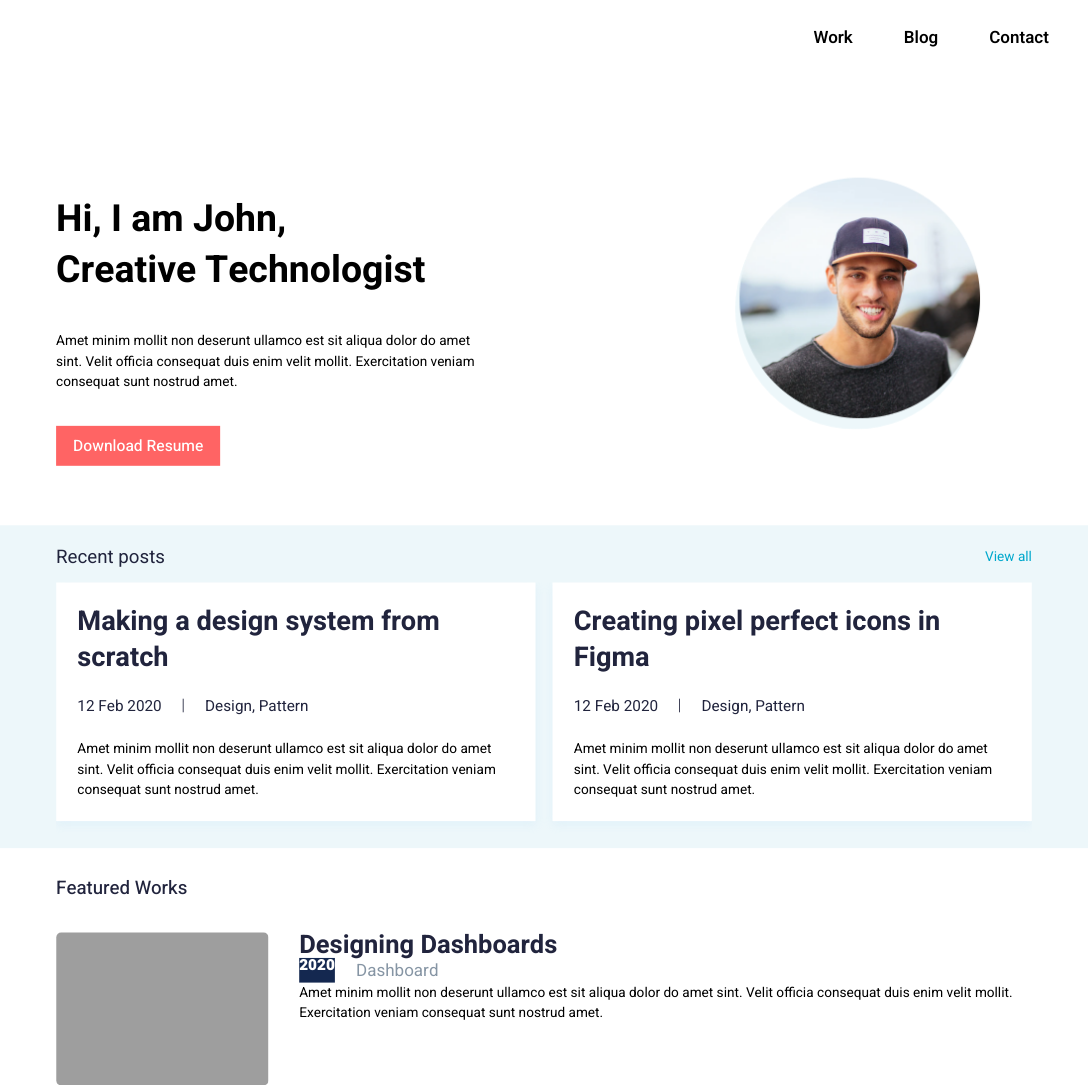
Repository: sharma171/portfolio
Page: /
The author's editor kept a copy of each file at every save. The page is drawn from the files as they stood at one save, then again after the next save.
The browser window is 1280 px wide. The pictures show the whole page, at 85% of full size.
Pictures or frames that could not be fetched are drawn as grey boxes. The project was rebuilt for these pictures with package versions that can differ from the ones it lists, and the page was loaded fresh each time. The framework's server and built-in components were replaced by stand-ins that run in the browser. Also part of the build but not shown: next.config.mjs.

Above is the page before, as saved 2024-06-02 00:00:55.

### src/app/layout.js

import "./globals.css";


export const metadata = {
  title: "Portfolio Website",
  description: "Blogging and projects site",
};

export default function RootLayout({ children }) {
  return (
    <html lang="en">
      <body>{children}</body>
    </html>
  );
}

### src/app/page.js
import "./page.css";
import Header from "../components/Header";
import Hero from "../components/Hero";
import HomeBlog from "../components/HomeBlog";
import Featured from "../components/Featuredworks";

export default function Home() {
  return (
    <main className="main">
      <Header />
      <Hero />
      <HomeBlog />
      <section className="featured-home">
        <div className="container">
          <div className="top-heading">
            <h3 className="head">
              Featured Works
            </h3>
          </div>
            <Featured/>
        </div>
      </section>
    </main>
  );
}

### src/app/globals.css
@import url('https://fonts.googleapis.com/css2?family=Heebo:wght@100..900&display=swap');

:root {
  --max-width: 1180px;
  --border-radius: 12px;
  --font-mono: ui-monospace, Menlo, Monaco, "Cascadia Mono", "Segoe UI Mono",
    "Roboto Mono", "Oxygen Mono", "Ubuntu Monospace", "Source Code Pro",
    "Fira Mono", "Droid Sans Mono", "Courier New", monospace;
  --main-font: "Heebo", sans-serif;
  --weight--300: 300;
  --weight--400: 400;
  --weight--500: 500;
  --weight--600: 600;
  --weight--700: 700;
  --weight--800: 800;
  --weight--900: 900;
  --hero-button: #FF6464;
  --text-color: #21243D;
}

* {
  box-sizing: border-box;
  padding: 0;
  margin: 0;
}

html,
body {
  max-width: 100vw;
  overflow-x: hidden;
  font-family: var(--main-font);
}

a {
  color: inherit;
  text-decoration: none;
}
.container {
  max-width: var(--max-width);
  margin: 0 auto;
  padding: 0 1rem;
}
header {
  background: #fff;
}
header .header-logo {
  width: 1rem;
  height: auto;
}
.nav {
  display: flex;
  flex-direction: row;
  justify-content:space-between;
  max-width: 1280px;
  margin: 0 auto;
  padding: 0 1rem;
}
.navMenu {
  display: flex;
  flex-direction: row;
  align-items: center;
}
.navMenu .navLink {
  font-size: 1.25rem;
  font-weight: var(--weight--600);
  color: var(--primary-color);
  margin: 30px;
}

### src/app/page.css
.main {
  display: flex;
  flex-direction: column;
  min-height: 100vh;
}
/* ----------------- hero section ----------------- */
.hero .hero-row {
  display: flex;
  flex-direction: row;
}
.hero .hero-lhs {
  width: 70%;
}
.hero .hero-lhs .hero-cta {
  display: flex;
  flex-direction: column;
  gap: 40px;
  margin-top: 140px;
  margin-bottom: 70px;
}
.hero .hero-lhs .hero-cta .main-head {
  font-size: 44px;
  line-height: 3.75rem;
  font-weight: 700;
}
.hero .hero-lhs .hero-cta .sub-head {
  font-size: 16px;
  line-height: 1.5rem;
  font-weight: 400;
  max-width: 500px;
}
.hero .hero-lhs .hero-cta .cta-button {
  padding: 14px 20px;
  font-size: 1.15rem;
  line-height: 19px;
  font-weight: 500;
  font-family: "Heebo", sans-serif;
  margin-right: auto;
  background: var(--hero-button);
  color: #fff;
  border: none;
}
.hero .hero-rhs {
  width: 30%;
  display: flex;
  justify-content: flex-start;
  align-items: center;
}
.hero .hero-rhs .hero-img {
  position: relative;
}
.hero .hero-rhs .hero-img .image {
  width: 283px;
  height: 283px;
  z-index: 1;

}
.hero .hero-rhs .hero-img::after {
  content: "";
  position: absolute;
  top: 13px;
  left: -5px;
  width: 283px;
  height: 283px;
  background: #EDF7FA;
  z-index: -1;
  border-radius: 300px;
}

/* -------------------------  Home Blog Section --------------------------------------- */

.home-blog {
  background: #EDF7FA;
}
.home-blog .blog-head {
  display: flex;
  flex-direction: row;
  justify-content: space-between;
  align-items: center;
  margin-top: 7px;
}
.home-blog .blog-head .heading {
  font-size: 22px;
  line-height: 60px;
  font-weight: 400;
  color: var(--text-color);
}
.home-blog .blog-head .more-link {
  font-size: 16px;
  font-weight: 400;
  color: #00A8CC;
}

/* ----------------------- Blog Carousel ----------------------------------------- */
.blog-carousel .blog-image {
  display: none;
}
.blog-carousel {
  display: flex;
  flex-direction:row;
  overflow: hidden;
  max-width: 100%;
  padding-bottom: 32px;
}
.blog-carousel .blog-item {
  background-color: #fff;
  box-shadow: #bbe1fa3d 0 4px 10px 0;
  padding: 25px;
  display: flex;
  flex-direction: column;
  gap: 25px;
}
.blog-carousel .blog-item:nth-child(odd){
  margin-right: 10px;
}
.blog-carousel .blog-item:nth-child(even) {
  margin-left: 10px;
}
.blog-carousel .blog-item .blog-item-head {
  /* margin-bottom: 17px; */
}
.blog-carousel .blog-item .blog-item-head .head {
  font-size: 32px;
  line-height: 1.3em;
  font-weight: 700;
  color: var(--text-color);
}
.blog-carousel .blog-info {
  display: flex;
  flex-direction: row;
  gap: 25px;
  /* margin-bottom: 11px; */
}
.blog-carousel .blog-info .divline {
  width: 1px;
  height: 15.799999999999958px;
  margin-top: 4px;
  background: var(--text-color);
}
.blog-carousel .blog-info .date {
  font-size: 18px;
  line-height: 26px;
  color: var(--text-color);
  font-weight: 400;
}
.blog-carousel .blog-info .author {
  font-size: 18px;
  line-height: 26px;
  color: var(--text-color);
  font-weight: 400;
}
.blog-carousel .blog-info .blog-para .para{
  font-size: 16px;
  line-height: 24px;
  color: var(--text-color);
  font-weight: 400;
}

/* ---------------------------- Featured Works -------------------------------------------------------------------- */

.featured-home {
  background: #fff;
}
.featured-home .top-heading {
  display: flex;
  flex-direction: row;
  justify-content: space-between;
  align-items: center;
  margin-top: 17px;
  margin-bottom: 22px;
}
.featured-home .top-heading .head {
  font-size: 22px;
  color: var(--text-color);
  line-height: 60px;
  font-weight: 500;
}
.workcards {
  display: flex;
  flex-direction: column;
  gap: 40px;
}
.workcards .card-item {
  display: flex;
  flex-direction: row;
}
.workcards .card-item .card-thumb {
  width: 250px;
  height: 180px;
  margin-right: 18px;
}
.workcards .card-item .card-thumb .thumb-img {
  width: 250px;
  height: 180px;
  object-fit: cover;
  border-radius:6px;
}
.workcards .card-item .card-info {
  display: flex;
  flex-direction: column;
  margin-left: 18px;
}
.workcards .card-item .card-info .heading {
  font-size: 30px;
  font-weight: 700;
  line-height: 30px;
  color: var(--text-color);
}
.workcards .card-item .card-info .info-row {
  display: flex;
  flex-direction: row;
  gap: 25px;
}
.workcards .card-item .card-info .info-row .date {
  font-size: 18px;
  line-height: 18px;
  font-weight: 900;
  color: #fff;
  background: #142850;
}
.workcards .card-item .card-info .info-row .topic {
  font-size: 20px;
  color: #8695A4;
}
.workcards .card-item .card-info .info-para {
  16
}

### src/components/Header.jsx
import React from "react";
import "../app/globals.css";

const navLink = [
    {
        name: "Work",
        link: "/"
    },
    {
        name: "Blog",
        link: "/blog"
    },
    {
        name: "Contact",
        link: "/contact"
    },
]

const Header = () => {
    return(
        <header>
            <nav className="nav">
                <a href="/">

                </a>
                <div className="navMenu">
                    {navLink.map((item, index) => (
                        <a href={item.link} className="navLink" key={index}>{item.name}</a>
                    ))}
                </div>
            </nav>
        </header>
    )
}

export default Header;

### src/components/hero.jsx
import React from "react";
import Image from 'next/image';
import HeroImg from "../../public/hero-img.png"

const Hero = () => {
    return (
        <>
        <section className="hero">
            <div className="container">
                <div className="hero-row">
                    <div className="hero-lhs">
                        <div className="hero-cta">
                            <h1 className="main-head">
                            Hi, I am John,<br></br>Creative Technologist
                            </h1>
                            <p className="sub-head">
                            Amet minim mollit non deserunt ullamco est sit aliqua dolor do amet sint. Velit officia consequat duis enim velit mollit. Exercitation veniam consequat sunt nostrud amet.
                            </p>
                            <button className="cta-button">Download Resume</button>
                        </div>
                    </div>
                    <div className="hero-rhs">
                        <div className="hero-img">
                            <Image
                                src={HeroImg} // Path to your image
                                alt="hero"
                                width={243}
                                height={243}
                                className="image"
                            />
                        </div>
                    </div>
                </div>
            </div>
        </section>
        </>
    )
}
export default Hero

### src/components/HomeBlog.jsx
import React from "react";

const carItem = [
  {
    title: "Making a design system from scratch",
    date: "12 Feb 2020",
    author: "Design, Pattern",
    shortDescription: "Amet minim mollit non deserunt ullamco est sit aliqua dolor do amet sint. Velit officia consequat duis enim velit mollit. Exercitation veniam consequat sunt nostrud amet.",
    thumbnailImage: "", // Consider adding a valid image URL here
  },
  {
    title: "Creating pixel perfect icons in Figma",
    date: "12 Feb 2020",
    author: "Design, Pattern",
    shortDescription: "Amet minim mollit non deserunt ullamco est sit aliqua dolor do amet sint. Velit officia consequat duis enim velit mollit. Exercitation veniam consequat sunt nostrud amet.",
    thumbnailImage: "", // Consider adding a valid image URL here
  },
];

const HomeBlog = () => {
  return (
    <section className="home-blog">
      <div className="container">
        <div className="blog-head">
          <h3 className="heading">Recent posts</h3>
          <a href="" className="more-link">View all</a>
        </div>
        <div className="blog-carousel">
          {carItem.map((item, index) => (
            <div key={index} className={`blog-item ${index}`}>
              <div className="blog-item-head">
                <h3 className="head">{item.title}</h3>
              </div>
              <div className="blog-info">
                <span className="date">{item.date}</span>
                <div className="divline"></div>
                <span className="author">{item.author}</span>
              </div>
              <div className="blog-para">
                <p className="para">{item.shortDescription}</p>
              </div>
              {item.thumbnailImage && (
                <div className="blog-image">
                  <img src={item.thumbnailImage} alt={item.title} />
                </div>
              )}
            </div>
          ))}
        </div>
      </div>
    </section>
  );
};

export default HomeBlog;

### src/components/Featuredworks.jsx
import React from "react";


const FeaturedWorks = () => {
    return(
        <>
        <div className="workcards">
            <div className="card-item">
                <div className="card-thumb">
                    <img src="/public/work/work1.svg" alt="" className="thumb-img" />
                </div>
                <div className="card-info">
                    <h3 className="heading">Designing Dashboards</h3>
                    <div className="info-row">
                        <span className="date">2020</span>
                        <span className="topic">Dashboard</span>
                    </div>
                    <p className="info-para">
                        Amet minim mollit non deserunt ullamco est sit aliqua dolor do amet sint. Velit officia consequat duis enim velit mollit. Exercitation veniam consequat sunt nostrud amet.
                    </p>
                </div>
            </div>
        </div>
        </>
    )
}
export default FeaturedWorks;

After the next save:
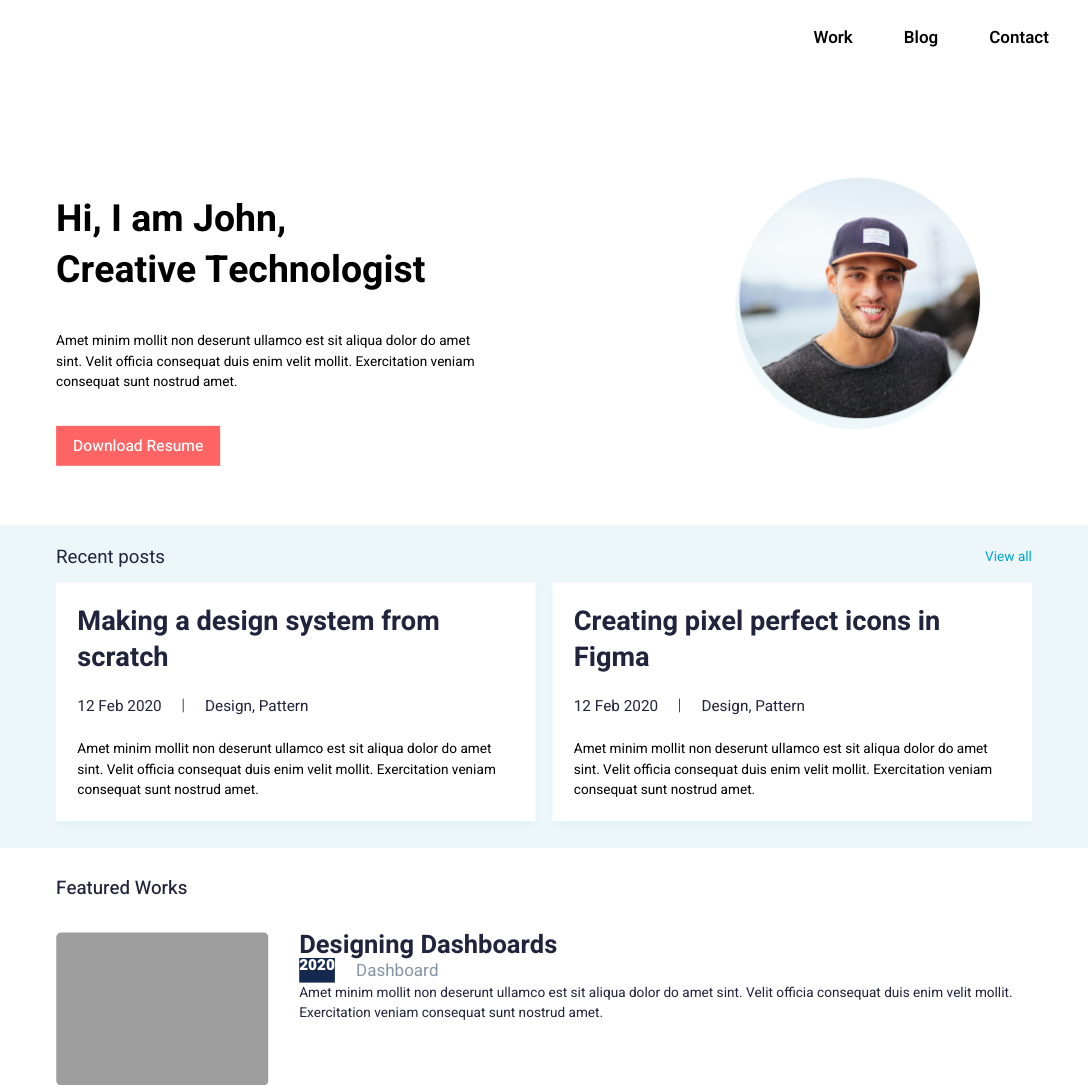
Saved 4 s later.
--- a/src/app/page.css
+++ b/src/app/page.css
@@ -223,5 +223,8 @@
   color: #8695A4;
 }
 .workcards .card-item .card-info .info-para {
-  16
-}
+  font-size: 16px;
+  line-height: 24px;
+  color: var(--text-color);
+  font-weight: 400;
+}
